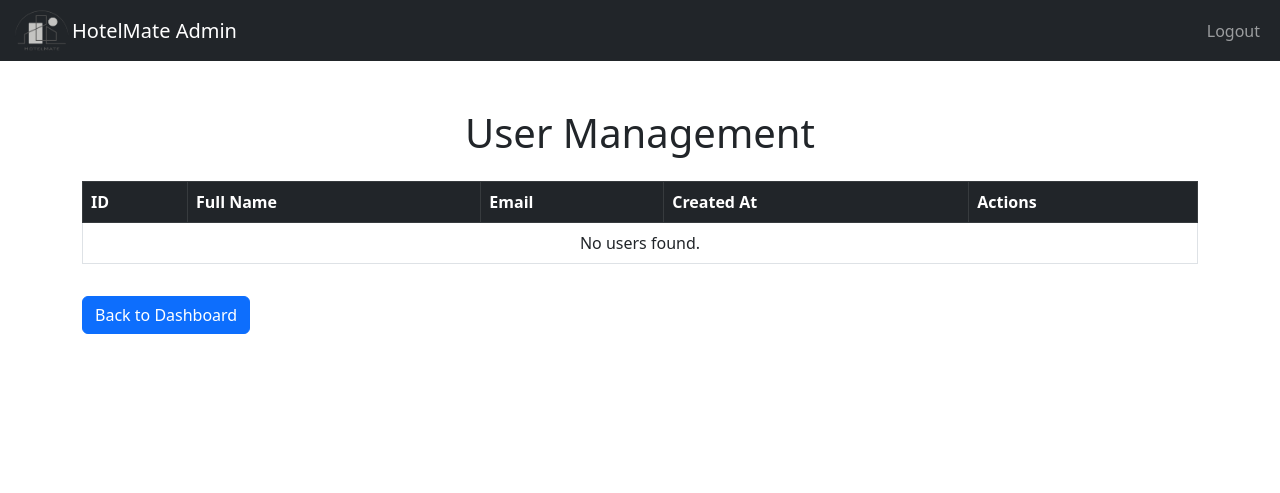
Repository: himanshu2k23/HoteMate
Page: http://localhost/HotelMate/WEB-INF/admin/users.jsp
An editor plug-in stored every save of this project. The page is shown before and after the next save, followed by the edit.
The browser window is 1280 px wide. The pictures show the whole page.
The page is served by Tomcat 10. Nobody is signed in. The template is opened directly, without the code that normally fills it, so the values that code supplies are empty.

Above is the page before, as saved 2025-01-17 17:24:09.

After the next save:
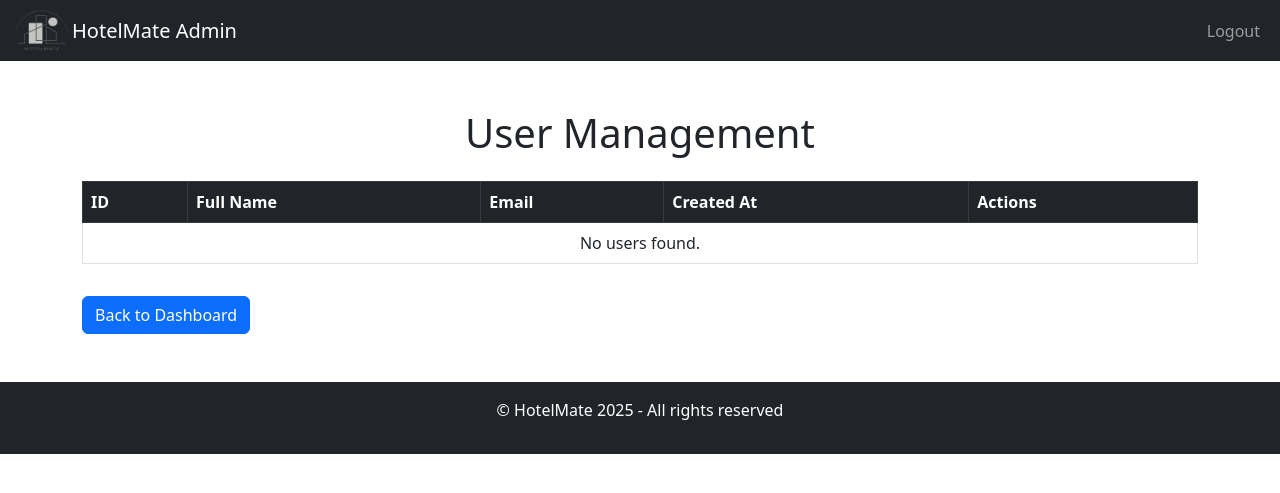
Saved 22 s later.
--- a/HotelMate/src/main/webapp/WEB-INF/admin/users.jsp
+++ b/HotelMate/src/main/webapp/WEB-INF/admin/users.jsp
@@ -8,7 +8,8 @@
 <link rel="stylesheet"
 	href="https://cdn.jsdelivr.net/npm/bootstrap@5.3.0/dist/css/bootstrap.min.css">
 </head>
-<body><nav class="navbar navbar-expand-lg navbar-dark bg-dark">
+<body>
+	<nav class="navbar navbar-expand-lg navbar-dark bg-dark">
 		<div class="container-fluid">
 			<img src="http://localhost:8080/HotelMate/Images/HotelmateLogo.png"
 				alt="HotelMate Logo" width="60" height="45" class="d-inline-block">
@@ -81,6 +82,9 @@
 		<a href="<%=request.getContextPath()%>/admin/dashboard"
 			class="btn btn-primary mt-3">Back to Dashboard</a>
 	</div>
+	<footer class="bg-dark text-white text-center py-3 mt-5">
+		<p>© HotelMate 2025 - All rights reserved</p>
+	</footer>
 
 	<script
 		src="https://cdn.jsdelivr.net/npm/bootstrap@5.3.0/dist/js/bootstrap.bundle.min.js"></script>
